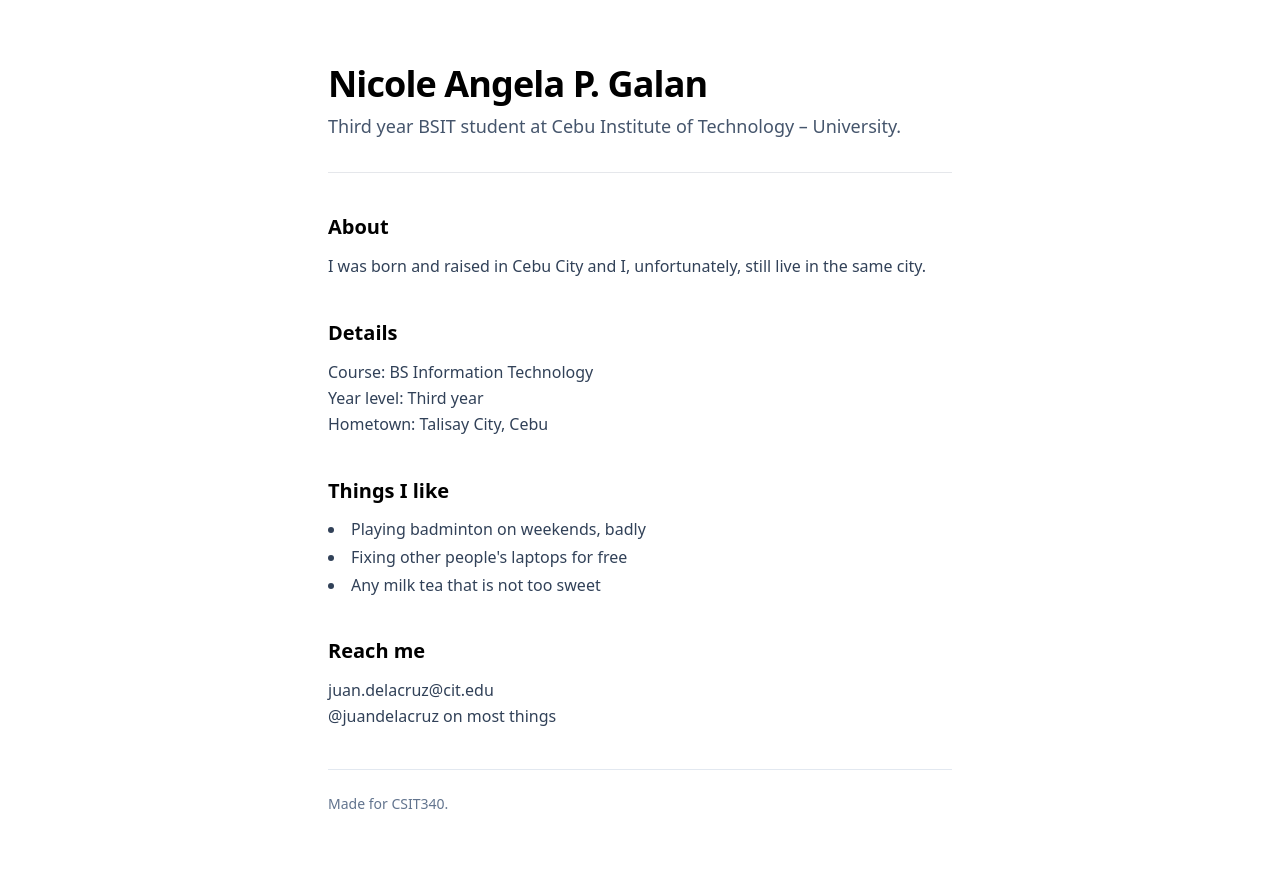
Repository: nicole-galan/CSIT340-Lab1-Galan
Page: /
An editor plug-in stored every save of this project. The page is shown before and after the next save, followed by the edit.
The browser window is 1280 px wide. The pictures show the whole page.
The project was rebuilt for these pictures with package versions that can differ from the ones it lists, and the page was loaded fresh each time. Also part of the build but not shown: vite.config.js.

Above is the page before, as saved 2026-09-04 16:40:40.

### index.html
<!doctype html>
<html lang="en">
  <head>
    <meta charset="UTF-8" />
    <link rel="icon" type="image/svg+xml" href="/favicon.svg" />
    <meta name="viewport" content="width=device-width, initial-scale=1.0" />
    <title>csit340-lab1</title>
  </head>
  <body>
    <div id="root"></div>
    <script type="module" src="/src/main.jsx"></script>
  </body>
</html>

### src/App.jsx
function App() {
  return (
    <>
      <header className="mx-auto px-6 pt-16 max-w-2xl">
        <h1 className="text-4xl font-semibold tracking-tight mb-2">Nicole Angela P. Galan</h1>
        <p className="text-lg text-slate-600">
          Third year BSIT student at Cebu Institute of Technology – University.
        </p>
        <hr className="mt-8 border-gray-200" />
      </header>

      <main className="max-w-2xl mx-auto px-6 py-10">
        <section className="mb-10">
          <h2 className="text-xl font-semibold mb-3">About</h2>
          <p className="leading-relaxed text-slate-700">
            I was born and raised in Cebu City and I, unfortunately, still live in the same city.
          </p>
        </section>

        <section className="mb-10">
          <h2 className="text-xl font-semibold mb-3">Details</h2>
          <p className="leading-relaxed text-slate-700">
            Course: BS Information Technology
            <br />
            Year level: Third year
            <br />
            Hometown: Talisay City, Cebu
          </p>
        </section>

        <section className="mb-10">
          <h2 className="text-xl font-semibold mb-3">Things I like</h2>
          <ul className="list-disc list-inside space-y-1 text-slate-700">
            <li>Playing badminton on weekends, badly</li>
            <li>Fixing other people's laptops for free</li>
            <li>Any milk tea that is not too sweet</li>
          </ul>
        </section>

        <section>
          <h2 className="text-xl font-semibold mb-3">Reach me</h2>
          <p className="leading-relaxed text-slate-700">
            juan.delacruz@cit.edu
            <br />
            @juandelacruz on most things
          </p>
        </section>
      </main>

      <section className="max-w-2xl mx-auto px-6 pb-16">
        <hr className="mb-6 border-slate-200" />
        <p className="text-sm text-slate-500">Made for CSIT340.</p>
      </section>
    </>
  )
}

export default App

Loaded but not shown: src/main.jsx (common file); src/index.css (common file)

After the next save:
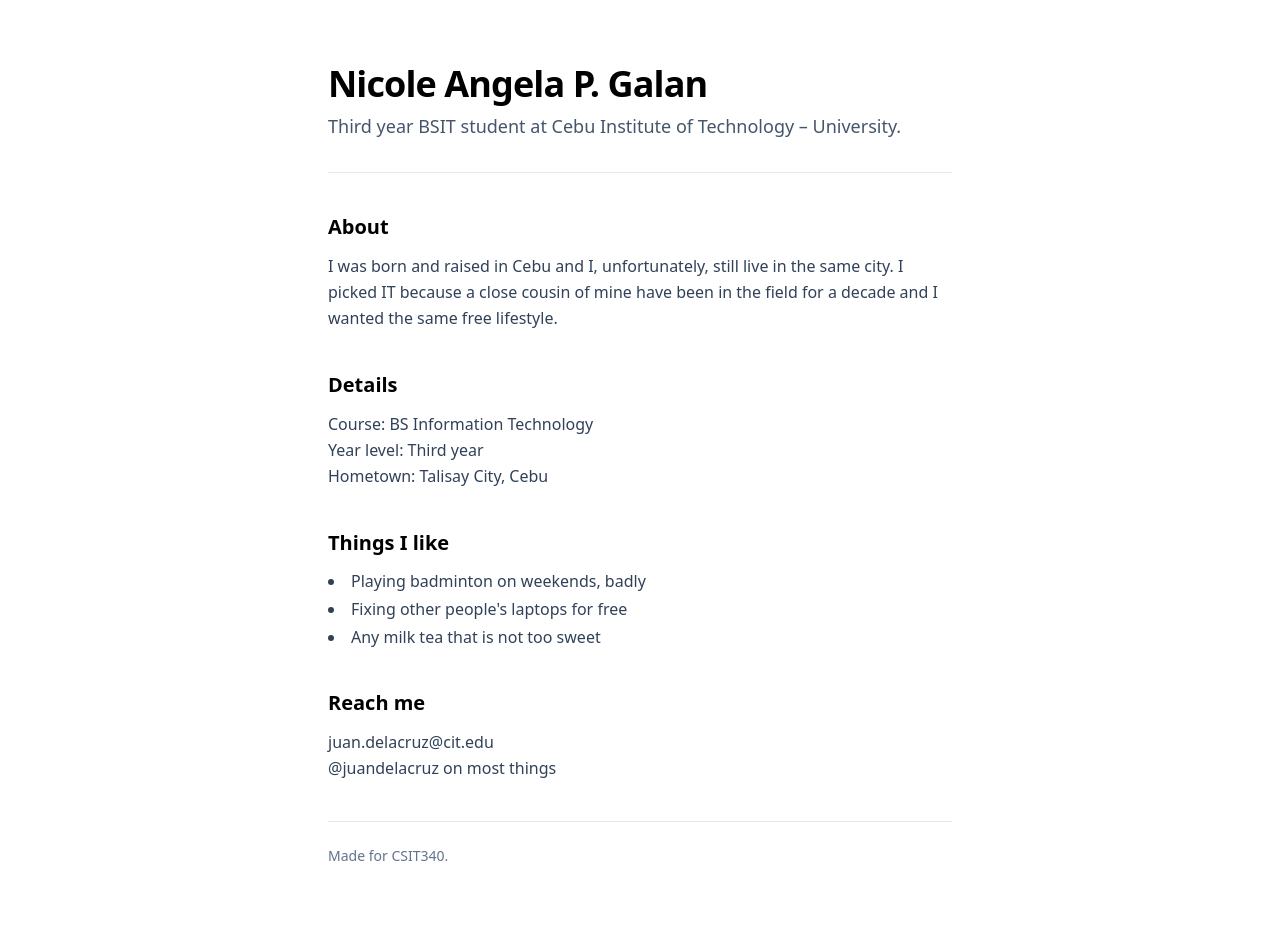
Saved 70 s later.
--- a/src/App.jsx
+++ b/src/App.jsx
@@ -13,7 +13,8 @@ function App() {
         <section className="mb-10">
           <h2 className="text-xl font-semibold mb-3">About</h2>
           <p className="leading-relaxed text-slate-700">
-            I was born and raised in Cebu City and I, unfortunately, still live in the same city.
+            I was born and raised in Cebu and I, unfortunately, still live in the same city. I picked IT because a close cousin of mine have been in the field for a decade
+            and I wanted the same free lifestyle.
           </p>
         </section>
 
